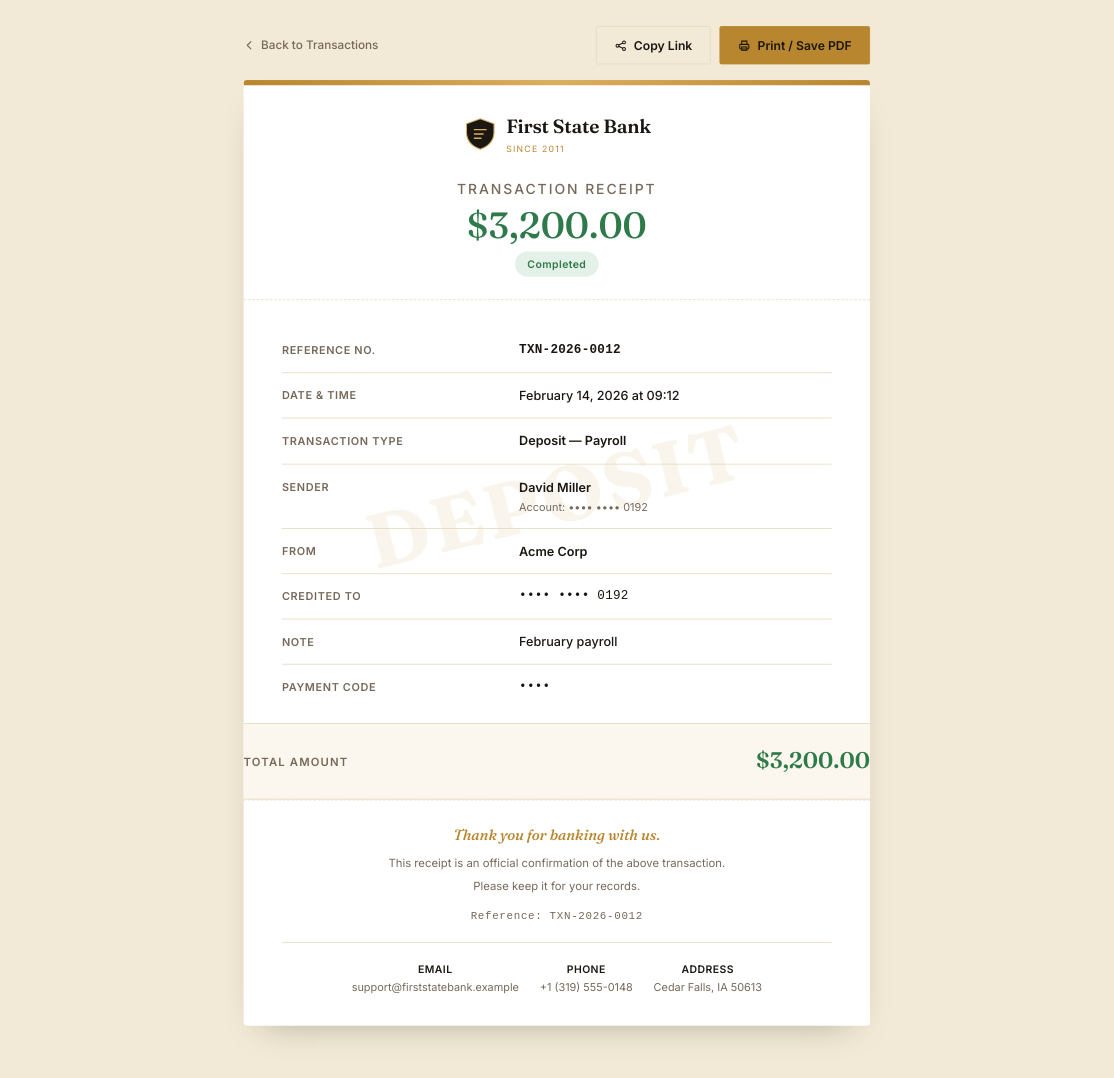
Repository: trenzyfx1/firststatebank
Page: receipt.html
An editor plug-in stored every save of this project. The page is shown before and after the next save, followed by the edit.
The browser window is 1280 px wide. The pictures show the whole page, at 87% of full size.

Above is the page before, as saved 2026-09-18 13:12:45.

### receipt.html
<!DOCTYPE html>
<html lang="en">
<head>
<meta charset="UTF-8">
<meta name="viewport" content="width=device-width, initial-scale=1.0">
<title>Receipt | First State Bank</title>
<link rel="icon" type="image/svg+xml" href="favicon.svg">
<link rel="preconnect" href="https://fonts.googleapis.com">
<link rel="preconnect" href="https://fonts.gstatic.com" crossorigin>
<link href="https://fonts.googleapis.com/css2?family=Fraunces:ital,opsz,wght@0,9..144,500;0,9..144,600;0,9..144,700;1,9..144,500&family=Inter:wght@400;500;600;700&display=swap" rel="stylesheet">
<style>
    :root{
      --ink:#1B1712;--ink-soft:#2A2115;
      --gold:#B8862E;--gold-light:#D9AE5F;--gold-pale:#F1E4C6;
      --cream:#FBF7EE;--cream-2:#F2EAD6;--paper:#FFFFFF;
      --text:#2B2419;--muted:#77695A;--border:#E6DCC2;
      --green:#2F7A4A;--green-pale:#E4F1E8;
      --red:#B23A2E;--red-pale:#F7E4E1;
      --radius:2px;
      --shadow:0 18px 40px -22px rgba(27,23,18,0.35);
    }
    *{box-sizing:border-box;}
    html{-webkit-text-size-adjust:100%;}
    body{
      margin:0;background:var(--cream-2);color:var(--text);
      font-family:"Inter",system-ui,sans-serif;font-size:16px;line-height:1.6;
      -webkit-font-smoothing:antialiased;padding:30px 16px 60px;
    }
    h1,h2,h3,h4{font-family:"Fraunces",Georgia,serif;font-weight:600;color:var(--ink);margin:0 0 .5em;}
    p{margin:0 0 1em;color:var(--muted);}
    a{color:inherit;text-decoration:none;}

    .wrap{max-width:720px;margin:0 auto;}

    .actions{
      display:flex;justify-content:space-between;align-items:center;gap:12px;
      margin-bottom:18px;flex-wrap:wrap;
    }
    .actions .back{display:inline-flex;align-items:center;gap:6px;color:var(--muted);font-size:13.5px;font-weight:500;}
    .actions .back:hover{color:var(--gold);}
    .actions .btns{display:flex;gap:10px;flex-wrap:wrap;}

    .btn{
      display:inline-flex;align-items:center;justify-content:center;gap:8px;
      padding:11px 20px;border-radius:var(--radius);
      font-size:14px;font-weight:600;cursor:pointer;border:1px solid transparent;
      transition:transform .2s, background .2s, border-color .2s, color .2s;
      min-height:44px;font-family:inherit;
    }
    .btn:hover{transform:translateY(-2px);}
    .btn-gold{background:var(--gold);color:var(--ink);border-color:var(--gold);}
    .btn-gold:hover{background:var(--gold-light);border-color:var(--gold-light);}
    .btn-dark{background:var(--ink);color:#fff;border-color:var(--ink);}
    .btn-dark:hover{background:var(--ink-soft);}
    .btn-line{background:transparent;border-color:var(--border);color:var(--ink);}
    .btn-line:hover{border-color:var(--gold);color:var(--gold);}

    /* RECEIPT CARD */
    .receipt{
      background:var(--paper);border-radius:4px;overflow:hidden;
      box-shadow:var(--shadow);position:relative;
    }
    .receipt::before{
      content:"";position:absolute;top:0;left:0;right:0;height:6px;
      background:linear-gradient(90deg,var(--gold),var(--gold-light),var(--gold));
    }

    .r-head{
      padding:36px 44px 26px;text-align:center;
      border-bottom:1px dashed var(--border);position:relative;
    }
    .r-head .logo{
      display:inline-flex;align-items:center;gap:10px;margin-bottom:12px;
    }
    .r-head .brand-name{
      font-family:"Fraunces",serif;font-size:22px;color:var(--ink);font-weight:600;
      letter-spacing:-0.01em;
    }
    .r-head .brand-sub{font-size:10px;letter-spacing:.14em;color:var(--gold);}
    .r-head h2{font-size:16px;color:var(--muted);font-family:"Inter",sans-serif;font-weight:500;letter-spacing:.14em;text-transform:uppercase;margin:14px 0 6px;}
    .r-head .amt{
      font-family:"Fraunces",serif;font-size:clamp(32px,5vw,42px);
      color:var(--ink);line-height:1;margin-bottom:10px;
    }
    .r-head .amt.out{color:var(--red);}
    .r-head .amt.in{color:var(--green);}
    .r-head .status{
      display:inline-block;font-size:12px;font-weight:600;
      padding:5px 14px;border-radius:20px;letter-spacing:.04em;
    }
    .r-head .status.completed{background:var(--green-pale);color:var(--green);}
    .r-head .status.pending{background:#FBF0D9;color:#8A6A20;}
    .r-head .status.failed{background:var(--red-pale);color:var(--red);}

    .r-body{padding:32px 44px 8px;}
    .r-row{
      display:grid;grid-template-columns:1fr 1.4fr;gap:16px;
      padding:14px 0;border-bottom:1px solid var(--border);align-items:start;
    }
    .r-row:last-child{border-bottom:0;}
    .r-row .lbl{
      font-size:12.5px;letter-spacing:.06em;color:var(--muted);
      text-transform:uppercase;font-weight:600;padding-top:2px;
    }
    .r-row .val{
      font-size:14.5px;color:var(--ink);font-weight:500;word-break:break-word;
    }
    .r-row .val.mono{font-family:monospace;letter-spacing:.02em;}
    .r-row .val.strong{font-weight:600;}
    .r-row .val .sub-note{display:block;font-size:12.5px;color:var(--muted);font-weight:400;margin-top:2px;}

    /* highlight total row */
    .r-total{
      background:var(--cream);margin:8px -44px 0;padding:22px 44px;
      border-top:1px solid var(--border);border-bottom:1px solid var(--border);
      display:flex;justify-content:space-between;align-items:center;
    }
    .r-total .lbl{
      font-size:13px;letter-spacing:.1em;text-transform:uppercase;
      color:var(--muted);font-weight:600;
    }
    .r-total .val{
      font-family:"Fraunces",serif;font-size:26px;color:var(--ink);font-weight:600;
    }
    .r-total .val.out{color:var(--red);}
    .r-total .val.in{color:var(--green);}

    .r-foot{
      padding:26px 44px 34px;border-top:1px dashed var(--border);
      text-align:center;
    }
    .r-foot .thanks{
      font-family:"Fraunces",serif;font-style:italic;font-size:17px;
      color:var(--gold);margin-bottom:8px;
    }
    .r-foot p{font-size:13px;color:var(--muted);margin:0 0 6px;}
    .r-foot .ref-line{
      font-family:monospace;font-size:12.5px;color:var(--muted);
      letter-spacing:.06em;margin-top:14px;
    }
    .r-foot .contacts{
      margin-top:20px;padding-top:20px;border-top:1px solid var(--border);
      display:flex;justify-content:center;gap:24px;flex-wrap:wrap;
      font-size:12.5px;color:var(--muted);
    }
    .r-foot .contacts strong{color:var(--ink);font-weight:600;display:block;font-size:12px;letter-spacing:.04em;text-transform:uppercase;margin-bottom:2px;}

    /* watermark stamp */
    .watermark{
      position:absolute;top:44%;left:50%;transform:translate(-50%,-50%) rotate(-14deg);
      font-family:"Fraunces",serif;font-size:88px;font-weight:700;
      color:rgba(184,134,46,.09);letter-spacing:.04em;pointer-events:none;
      z-index:0;white-space:nowrap;
    }
    .r-head, .r-body, .r-foot, .r-total{position:relative;z-index:1;}

    /* loading / not-found */
    .state{
      background:var(--paper);border-radius:4px;padding:60px 34px;text-align:center;
      box-shadow:var(--shadow);
    }
    .state .ico{
      width:64px;height:64px;border-radius:50%;background:var(--cream-2);
      color:var(--muted);display:flex;align-items:center;justify-content:center;
      margin:0 auto 18px;
    }
    .state .ico.err{background:var(--red-pale);color:var(--red);}
    .state h3{font-size:20px;margin-bottom:6px;}
    .state p{font-size:14.5px;margin:0 0 20px;}

    @media (max-width:600px){
      body{padding:20px 10px 40px;}
      .r-head{padding:28px 22px 22px;}
      .r-body{padding:24px 22px 6px;}
      .r-total{margin:8px -22px 0;padding:18px 22px;}
      .r-foot{padding:22px 22px 26px;}
      .r-row{grid-template-columns:1fr;gap:4px;padding:12px 0;}
      .r-row .lbl{padding-top:0;}
      .watermark{font-size:60px;}
      .actions .btns{width:100%;}
      .actions .btns .btn{flex:1;}
    }

    @media print{
      body{background:#fff;padding:0;}
      .actions{display:none;}
      .receipt{box-shadow:none;}
      .watermark{color:rgba(184,134,46,.08);}
    }
    @media (prefers-reduced-motion:reduce){*{transition:none!important;animation:none!important;}}
</style>
</head>
<body>

<div class="wrap">

  <div class="actions">
    <a class="back" href="transactions.html">
      <svg width="14" height="14" viewBox="0 0 20 20" fill="none"><path d="M12 4l-6 6 6 6" stroke="currentColor" stroke-width="1.8" fill="none" stroke-linecap="round" stroke-linejoin="round"/></svg>
      Back to Transactions
    </a>
    <div class="btns">
      <button class="btn btn-line" id="shareBtn">
        <svg width="15" height="15" viewBox="0 0 20 20" fill="none"><circle cx="15" cy="5" r="2.2" stroke="currentColor" stroke-width="1.6" fill="none"/><circle cx="5" cy="10" r="2.2" stroke="currentColor" stroke-width="1.6" fill="none"/><circle cx="15" cy="15" r="2.2" stroke="currentColor" stroke-width="1.6" fill="none"/><path d="M7 9l6-3M7 11l6 3" stroke="currentColor" stroke-width="1.6"/></svg>
        Copy Link
      </button>
      <button class="btn btn-gold" id="printBtn">
        <svg width="15" height="15" viewBox="0 0 20 20" fill="none"><path d="M6 8V3h8v5" stroke="currentColor" stroke-width="1.6" fill="none"/><rect x="3" y="8" width="14" height="7" rx="1.4" stroke="currentColor" stroke-width="1.6" fill="none"/><rect x="6" y="12" width="8" height="5" stroke="currentColor" stroke-width="1.6" fill="none"/></svg>
        Print / Save PDF
      </button>
    </div>
  </div>

  <div id="receiptWrap">
    <!-- filled by JS -->
  </div>

</div>

<script>
(function(){
  "use strict";

  /* ----------------------------------------------------------------
     RECEIPT DATA — until Firebase is wired, we generate a demo
     receipt based on the ?id= in the URL. Any id will work in demo
     mode; real app pulls from Firestore.
     ---------------------------------------------------------------- */

  var params = new URLSearchParams(window.location.search);
  var receiptId = params.get("id") || "TXN-2026-0012";

  /* -- DUMMY LOOKUPS --
     In real app you query Firestore:
     const snap = await getDoc(doc(db, "transactions", receiptId));
     const t = snap.data();
     const u = await getDoc(doc(db, "users", t.uid)).data();
  */
  var DUMMY_USER = {
    name: "David Miller",
    account: "4011 8823 7765 0192",
    email: "david.miller@example.com",
    phone: "+1 (319) 555-0192"
  };

  // Fake transaction bank — matches the ids from transactions.html
  var TX_DB = {
    "TXN-2026-0012": { type:"deposit", name:"Deposit — Payroll", from:"Acme Corp", to:"Self", amount:3200.00, date:"2026-02-14 09:12", status:"completed", note:"February payroll" },
    "TRF-2026-0011": { type:"transfer", name:"Transfer to Jane Okafor", recipient:{name:"Jane Okafor",bank:"First State Bank",account:"4412 8837 0192",routing:"021000021"}, amount:-450.00, date:"2026-02-12 16:40", status:"completed", note:"Rent share" },
    "WDR-2026-0010": { type:"withdrawal", name:"Withdrawal", bank:"First State Bank", account:"4011 8823 7765 0192", amount:-200.00, date:"2026-02-10 11:05", status:"pending", note:"Cash withdrawal" },
    "TRF-2026-0009": { type:"transfer", name:"Transfer received", recipient:{name:"Mark Stevens",bank:"Chase Bank",account:"7788 9922 1100",routing:"021000089"}, amount:875.50, date:"2026-02-08 20:33", status:"completed", note:"Split dinner" },
    "WDR-2026-0008": { type:"withdrawal", name:"Withdrawal", bank:"First State Bank", account:"4011 8823 7765 0192", amount:-150.00, date:"2026-02-02 08:15", status:"completed", note:"ATM" }
  };

  function fmtUSD(n){
    var sign = n < 0 ? "-" : "";
    return sign + "$" + Math.abs(n).toLocaleString("en-US", {minimumFractionDigits:2, maximumFractionDigits:2});
  }
  function fmtDateFull(s){
    var p = s.split(" ");
    if(p.length < 2) return s;
    var d = new Date(p[0] + "T" + p[1] + ":00");
    var mo = ["January","February","March","April","May","June","July","August","September","October","November","December"];
    return mo[d.getMonth()] + " " + d.getDate() + ", " + d.getFullYear() + " at " + p[1];
  }
  function maskAcct(a){
    if(!a) return "—";
    var digits = a.replace(/\s+/g,"");
    return "•••• •••• " + digits.slice(-4);
  }
  function showToast(msg){
    var t = document.createElement("div");
    t.style.cssText = "position:fixed;left:50%;bottom:28px;transform:translateX(-50%);background:#1B1712;color:#fff;padding:12px 22px;border-radius:40px;font-size:13.5px;box-shadow:0 18px 40px -22px rgba(27,23,18,.35);z-index:210;";
    t.textContent = msg;
    document.body.appendChild(t);
    setTimeout(function(){ t.remove(); }, 2200);
  }

  var wrap = document.getElementById("receiptWrap");
  var tx = TX_DB[receiptId];

  /* ---- NOT FOUND ---- */
  if(!tx){
    wrap.innerHTML =
      '<div class="state">'+
        '<div class="ico err"><svg width="28" height="28" viewBox="0 0 20 20" fill="none"><circle cx="10" cy="10" r="8" stroke="currentColor" stroke-width="1.6" fill="none"/><path d="M10 6v6M10 14h.01" stroke="currentColor" stroke-width="1.8" stroke-linecap="round"/></svg></div>'+
        '<h3>Receipt not found</h3>'+
        '<p>We couldn\'t locate a transaction with reference <strong style="font-family:monospace;color:var(--ink);">'+receiptId+'</strong>.</p>'+
        '<a class="btn btn-gold" href="transactions.html">Back to transactions</a>'+
      '</div>';
    return;
  }

  /* ---- BUILD RECEIPT ---- */
  var amountClass = tx.amount < 0 ? "out" : "in";
  var watermark = tx.type === "transfer" ? "TRANSFER"
                 : tx.type === "withdrawal" ? "WITHDRAWAL"
                 : "DEPOSIT";

  var recipientBlock = "";
  if(tx.type === "transfer" && tx.recipient){
    recipientBlock =
      '<div class="r-row"><div class="lbl">Recipient</div><div class="val strong">'+tx.recipient.name+
        '<span class="sub-note">'+tx.recipient.bank+'</span></div></div>'+
      '<div class="r-row"><div class="lbl">Recipient Account</div><div class="val mono">'+maskAcct(tx.recipient.account)+
        (tx.recipient.routing ? '<span class="sub-note">Routing: '+tx.recipient.routing+'</span>' : '')+
      '</div></div>';
  } else if(tx.type === "withdrawal"){
    recipientBlock =
      '<div class="r-row"><div class="lbl">Destination Bank</div><div class="val strong">'+tx.bank+'</div></div>'+
      '<div class="r-row"><div class="lbl">Destination Account</div><div class="val mono">'+maskAcct(tx.account)+'</div></div>';
  } else if(tx.type === "deposit"){
    recipientBlock =
      '<div class="r-row"><div class="lbl">From</div><div class="val strong">'+tx.from+'</div></div>'+
      '<div class="r-row"><div class="lbl">Credited To</div><div class="val mono">'+maskAcct(DUMMY_USER.account)+'</div></div>';
  }

  wrap.innerHTML =
    '<div class="receipt">'+
      '<div class="watermark">'+watermark+'</div>'+

      '<div class="r-head">'+
        '<div class="logo">'+
          '<svg width="40" height="40" viewBox="0 0 48 48" fill="none" aria-hidden="true">'+
            '<path d="M24 3 L43 10 V22 C43 33 35.5 41.5 24 45 C12.5 41.5 5 33 5 22 V10 Z" fill="#1B1712" stroke="#D9AE5F" stroke-width="1.5"/>'+
            '<path d="M16 18h16M16 24h12M16 30h9" stroke="#D9AE5F" stroke-width="2" stroke-linecap="round"/>'+
          '</svg>'+
          '<div style="text-align:left;">'+
            '<div class="brand-name">First State Bank</div>'+
            '<div class="brand-sub">SINCE 2011</div>'+
          '</div>'+
        '</div>'+
        '<h2>Transaction Receipt</h2>'+
        '<div class="amt '+amountClass+'">'+fmtUSD(tx.amount)+'</div>'+
        '<span class="status '+tx.status+'">'+tx.status.charAt(0).toUpperCase()+tx.status.slice(1)+'</span>'+
      '</div>'+

      '<div class="r-body">'+
        '<div class="r-row"><div class="lbl">Reference No.</div><div class="val mono strong">'+receiptId+'</div></div>'+
        '<div class="r-row"><div class="lbl">Date &amp; Time</div><div class="val">'+fmtDateFull(tx.date)+'</div></div>'+
        '<div class="r-row"><div class="lbl">Transaction Type</div><div class="val strong">'+tx.name+'</div></div>'+
        '<div class="r-row"><div class="lbl">Sender</div><div class="val strong">'+DUMMY_USER.name+
          '<span class="sub-note">Account: '+maskAcct(DUMMY_USER.account)+'</span></div></div>'+
        recipientBlock+
        (tx.note ? '<div class="r-row"><div class="lbl">Note</div><div class="val">'+tx.note+'</div></div>' : '')+
        '<div class="r-row"><div class="lbl">Payment Code</div><div class="val mono">••••</div></div>'+
      '</div>'+

      '<div class="r-total">'+
        '<span class="lbl">Total Amount</span>'+
        '<span class="val '+amountClass+'">'+fmtUSD(tx.amount)+'</span>'+
      '</div>'+

      '<div class="r-foot">'+
        '<div class="thanks">Thank you for banking with us.</div>'+
        '<p>This receipt is an official confirmation of the above transaction.</p>'+
        '<p>Please keep it for your records.</p>'+
        '<div class="ref-line">Reference: '+receiptId+'</div>'+
        '<div class="contacts">'+
          '<div><strong>Email</strong>support@firststatebank.example</div>'+
          '<div><strong>Phone</strong>+1 (319) 555-0148</div>'+
          '<div><strong>Address</strong>Cedar Falls, IA 50613</div>'+
        '</div>'+
      '</div>'+

    '</div>';

  /* ---- BUTTONS ---- */
  document.getElementById("printBtn").addEventListener("click", function(){
    window.print();
  });
  document.getElementById("shareBtn").addEventListener("click", function(){
    var url = window.location.href;
    if(navigator.clipboard && navigator.clipboard.writeText){
      navigator.clipboard.writeText(url).then(function(){ showToast("Receipt link copied"); });
    } else {
      showToast("Copy not supported");
    }
  });
})();
</script>
</body>
</html>

After the next save:
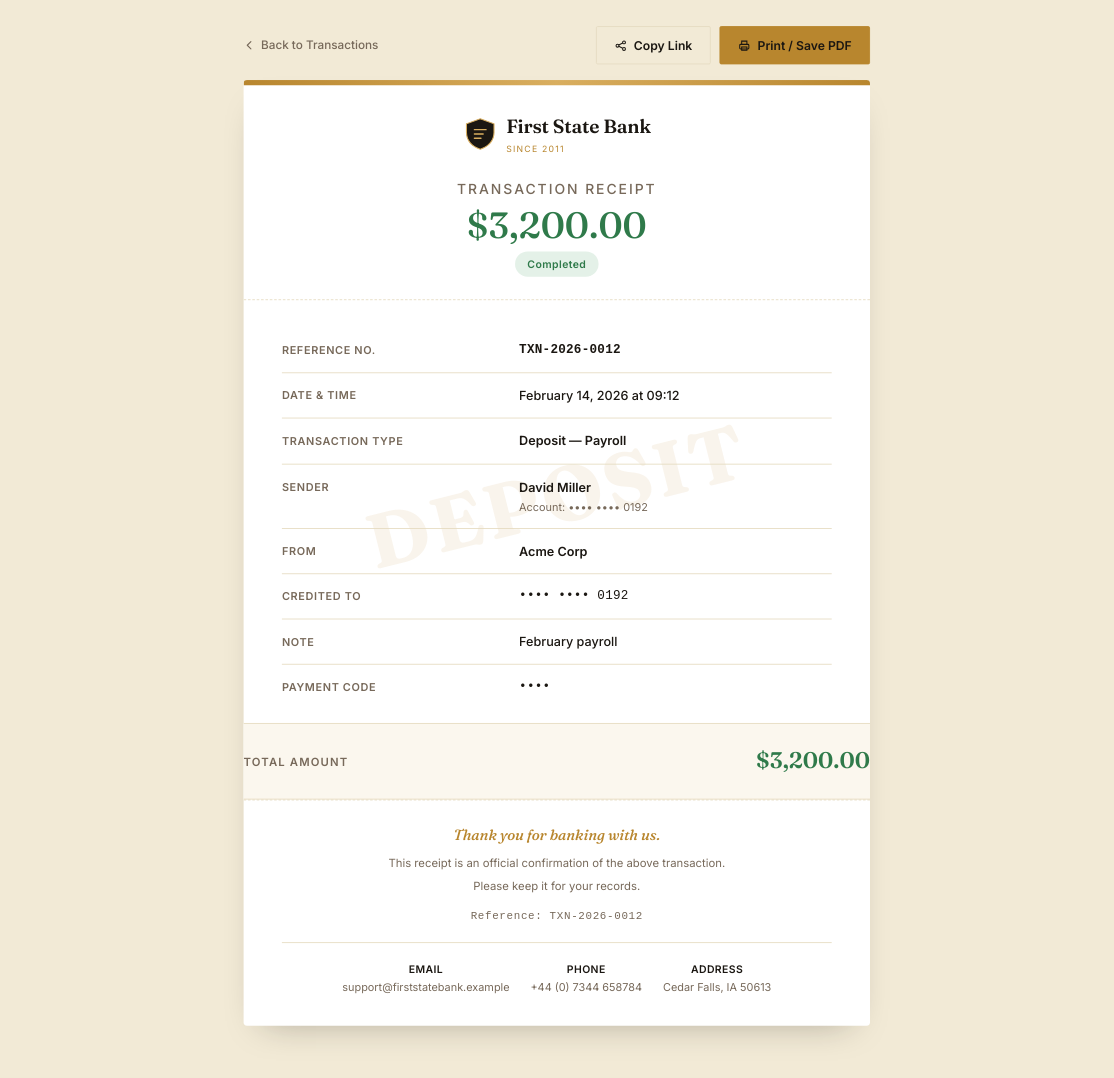
Saved 29 s later.
--- a/receipt.html
+++ b/receipt.html
@@ -358,7 +358,7 @@
         '<div class="ref-line">Reference: '+receiptId+'</div>'+
         '<div class="contacts">'+
           '<div><strong>Email</strong>support@firststatebank.example</div>'+
-          '<div><strong>Phone</strong>+1 (319) 555-0148</div>'+
+          '<div><strong>Phone</strong>+44 (0) 7344 658784</div>'+
           '<div><strong>Address</strong>Cedar Falls, IA 50613</div>'+
         '</div>'+
       '</div>'+
